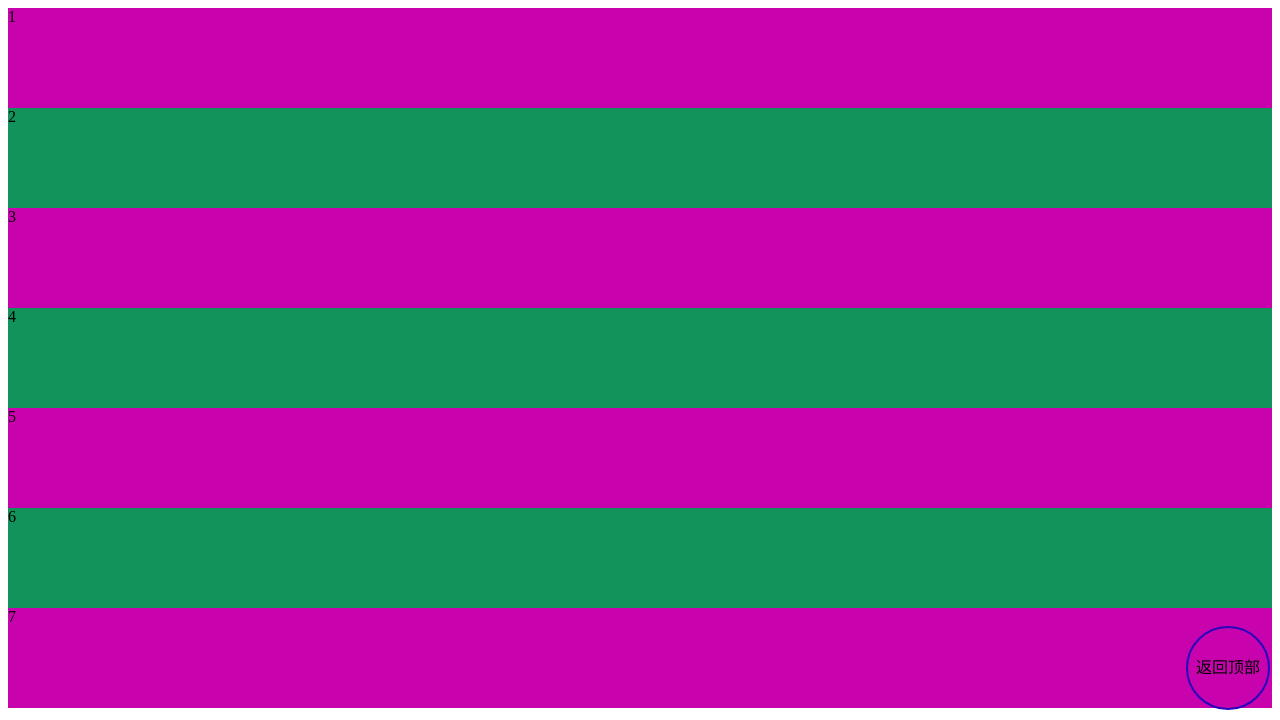
Repository: fox-summer/css-
Page: 百度新闻返回顶部.html
An editor plug-in stored every save of this project. The page is shown before and after the next save, followed by the edit.
The browser window is 1280 px wide. The pictures show the whole page.

Above is the page before, as saved 2022-05-28 18:28:23.

After the next save:
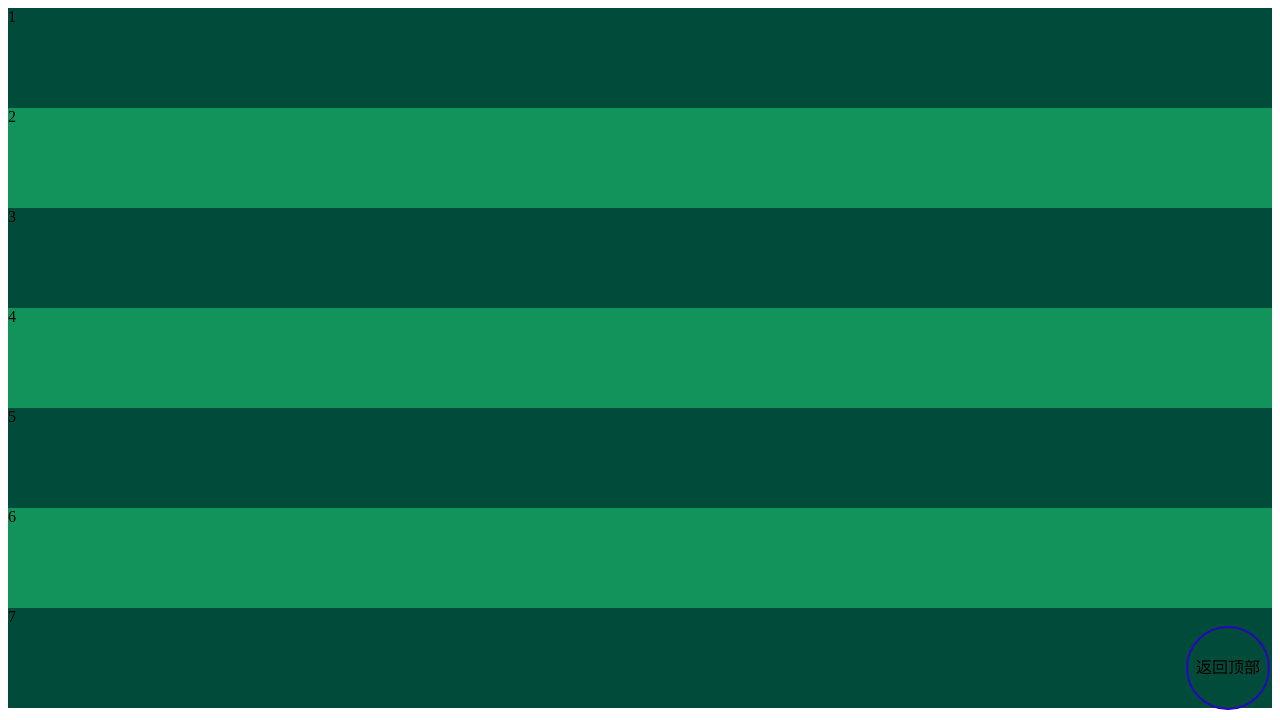
Saved 13 s later.
--- a/百度新闻返回顶部.html
+++ b/百度新闻返回顶部.html
@@ -23,7 +23,7 @@
       }
       .text:nth-child(even) {
         height: 100px;
-        background-color: rgb(200, 3, 174);
+        background-color: rgb(1, 75, 58);
       }
     </style>
   </head>
